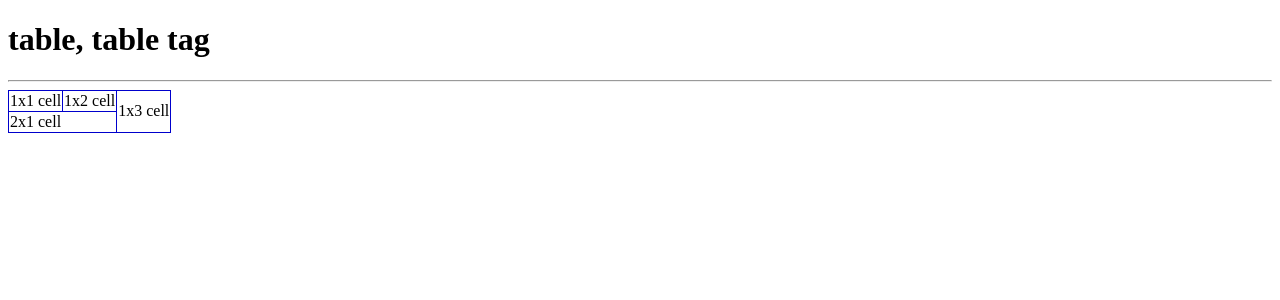
Repository: jihoonys82/weblec
Page: Front/WebContent/Ex01_HTML_tag/tagEx_07.html
These files come from the project's save history. The page is drawn as it stood at one moment and after the next save; the edit follows.
The browser window is 1280 px wide. The pictures show the whole page.

Above is the page before, as saved 2018-07-23 11:51:30.

### Front/WebContent/Ex01_HTML_tag/tagEx_07.html
<!DOCTYPE html>
<html>
<head>
<meta charset="UTF-8">
<title>Insert title here</title>

<style type="text/css"> /* stylesheet, CSS */
table { /* Table outside square */
	border: 1px solid #ccc;

	/* 테두리 겹치는 부분을 하나로 */
	border-collapse: collapse;
}

th, td { /* each table data cell */
	border: 1px solid #00C;
 }

</style>

</head>
<body>

<div>
	<h1>table, table tag</h1>
	<hr>

	<table>
		<tr>
			<td>1x1 cell</td>
			<td>1x2 cell</td>
			<td rowspan='2'>1x3 cell</td>
		</tr>
		<tr>
			<td colspan='2'>2x1 cell</td>
<!-- 			<td>2x2 cell</td> -->
		</tr>
	</table>



</div>
</body>
</html>

After the next save:
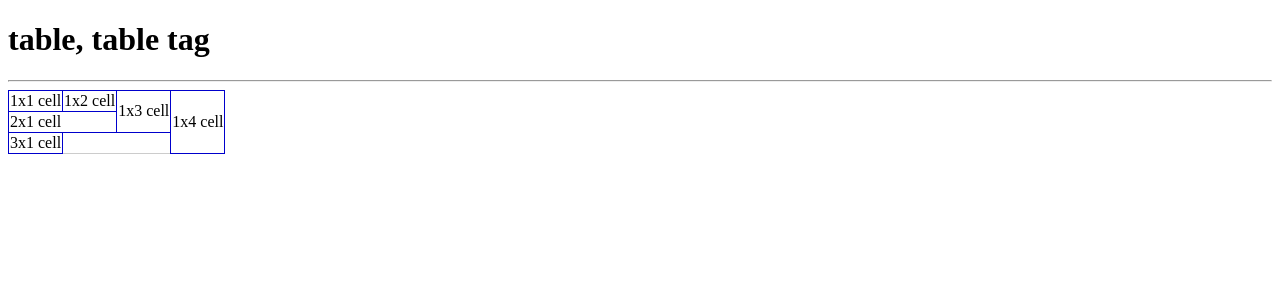
Saved 86 s later.
--- a/Front/WebContent/Ex01_HTML_tag/tagEx_07.html
+++ b/Front/WebContent/Ex01_HTML_tag/tagEx_07.html
@@ -30,10 +30,14 @@ th, td { /* each table data cell */
 			<td>1x1 cell</td>
 			<td>1x2 cell</td>
 			<td rowspan='2'>1x3 cell</td>
+			<td rowspan='3'>1x4 cell</td>
 		</tr>
 		<tr>
 			<td colspan='2'>2x1 cell</td>
 <!-- 			<td>2x2 cell</td> -->
+		</tr>
+		<tr>
+			<td>3x1 cell</td>
 		</tr>
 	</table>
 
